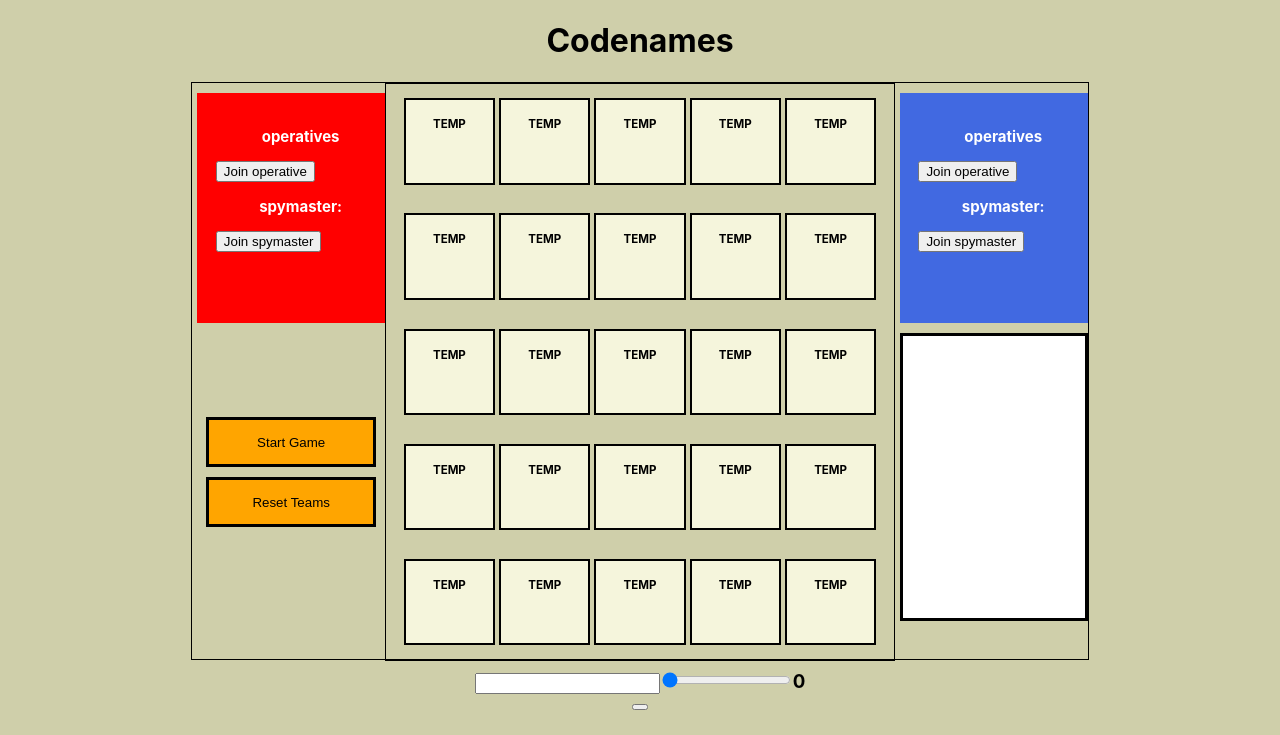
Repository: alcarrizo/Codenames-Fullstack
Page: / (app in client/)
The author's editor kept a copy of each file at every save. The page is drawn from the files as they stood at one save, then again after the next save.
The browser window is 1280 px wide. The pictures show the whole page.
The project was rebuilt for these pictures with package versions that can differ from the ones it lists, and the page was loaded fresh each time. Imported but missing from the stored project, and not drawn on this page: client/src/reportWebVitals.

Above is the page before, as saved 2023-01-08 23:40:20.

After the next save:
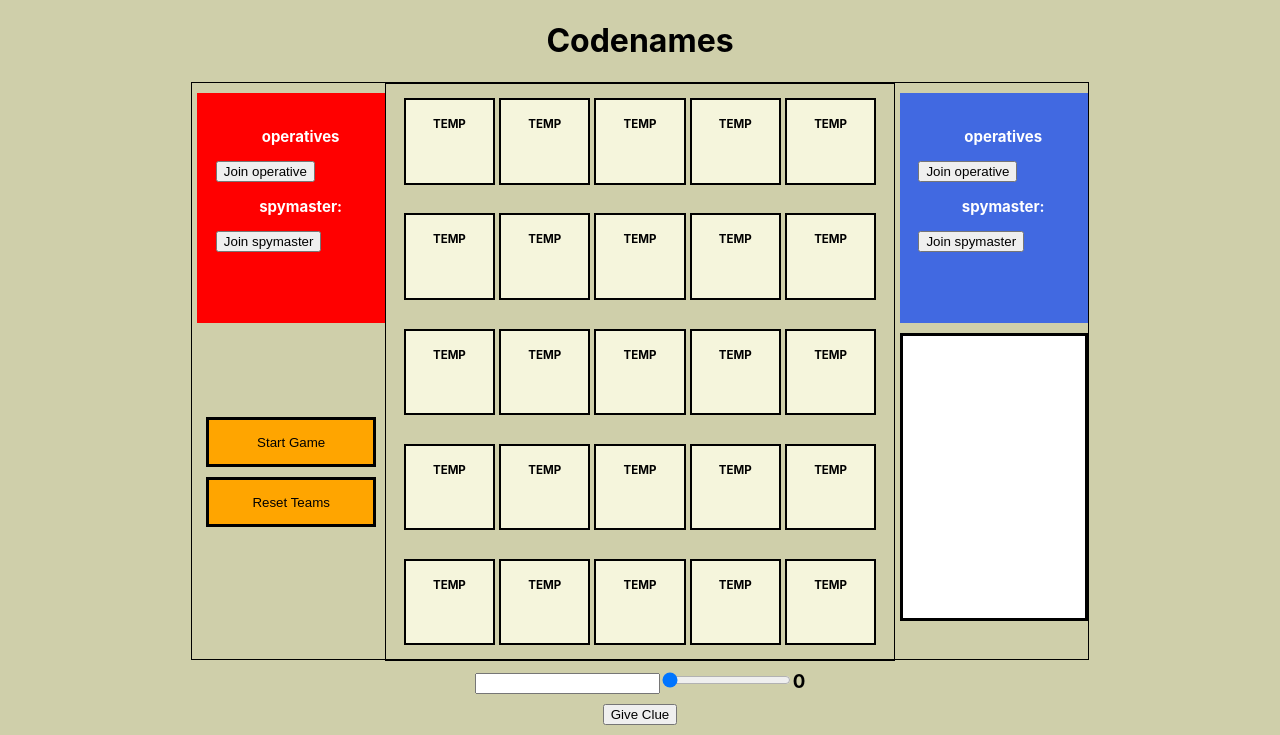
Saved 38 s later.
--- a/client/src/App.js
+++ b/client/src/App.js
@@ -102,7 +102,7 @@ const App = () => {
           <input className="clue-range" id='clueRange' type="range" autoComplete='off' min="0" max="10" defaultValue="0" />
           <h3 className="range-number" id="rangeNumber">0</h3>
         </div>
-        <Btn className="clue-submit" />
+        <Btn className="clue-submit" id="clue-submit" name="Give Clue" />
       </div>
 
     </div>
